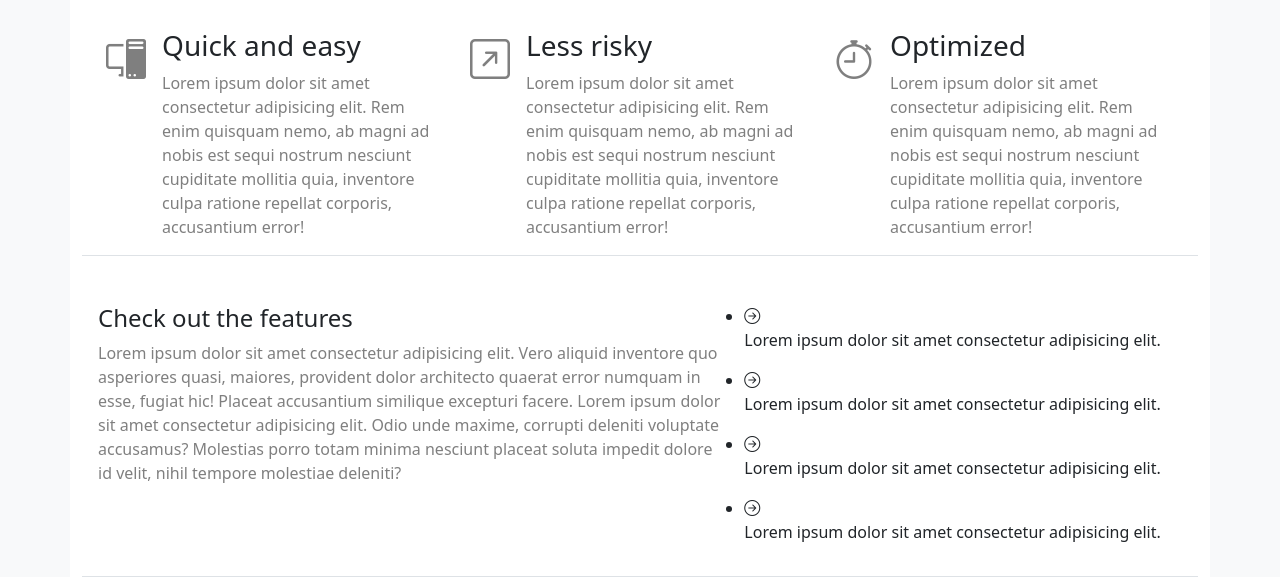
Repository: lyvandat/dh---bootstrap1
Page: index.html
The author's editor kept a copy of each file at every save. The page is drawn from the files as they stood at one save, then again after the next save.
The browser window is 1280 px wide. The pictures show the part of the page from y = 545 to 1122 px (the page is 1122 px tall).
A picture or video elsewhere on the page could not be fetched, so the positions and the page height are approximate. Some web libraries are served in a nearby version.

Above is the page before, as saved 2022-11-01 20:58:44.

After the next save:
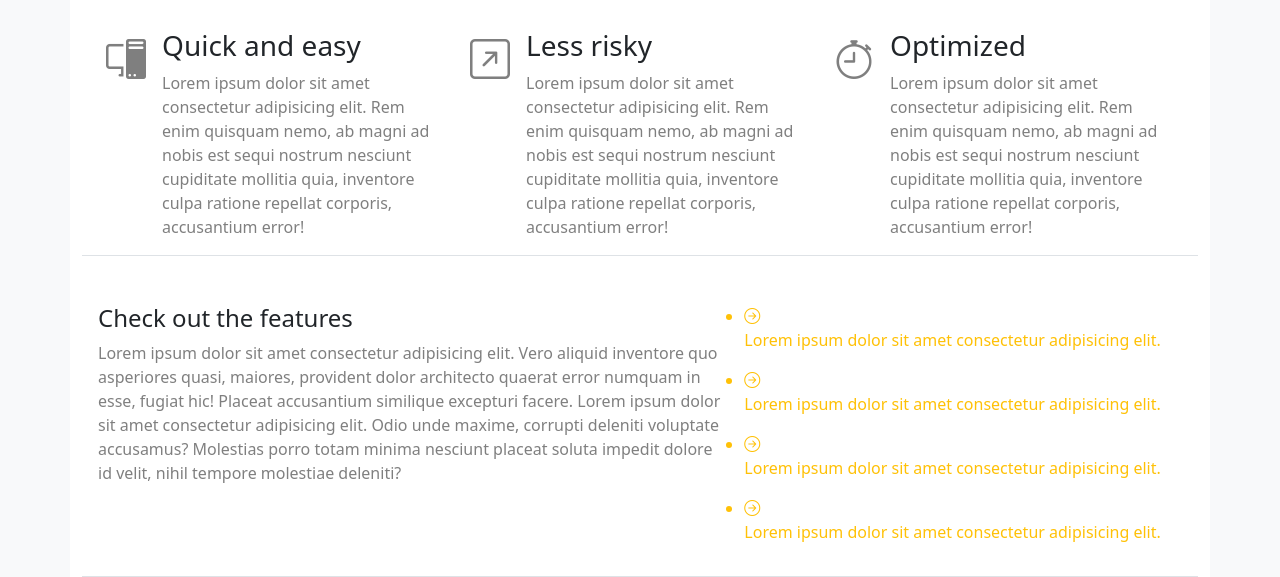
Saved 25 s later.
--- a/index.html
+++ b/index.html
@@ -106,19 +106,19 @@
       <section class="row px-3 ">
         <div class="col-7"><h4>Check out the features</h4><p class="text-black-50 fw-medium">Lorem ipsum dolor sit amet consectetur adipisicing elit. Vero aliquid inventore quo asperiores quasi, maiores, provident dolor architecto quaerat error numquam in esse, fugiat hic! Placeat accusantium similique excepturi facere. Lorem ipsum dolor sit amet consectetur adipisicing elit. Odio unde maxime, corrupti deleniti voluptate accusamus? Molestias porro totam minima nesciunt placeat soluta impedit dolore id velit, nihil tempore molestiae deleniti?</p></div>
         <ul class="col-5">
-          <li>
+          <li class="text-warning">
             <i class="bi bi-arrow-right-circle"></i>
             <p>Lorem ipsum dolor sit amet consectetur adipisicing elit.</p>
           </li>
-          <li>
+          <li class="text-warning">
             <i class="bi bi-arrow-right-circle"></i>
             <p>Lorem ipsum dolor sit amet consectetur adipisicing elit.</p>
           </li>
-          <li>
+          <li class="text-warning">
             <i class="bi bi-arrow-right-circle"></i>
             <p>Lorem ipsum dolor sit amet consectetur adipisicing elit.</p>
           </li>
-          <li>
+          <li class="text-warning">
             <i class="bi bi-arrow-right-circle"></i>
             <p>Lorem ipsum dolor sit amet consectetur adipisicing elit.</p>
           </li>
